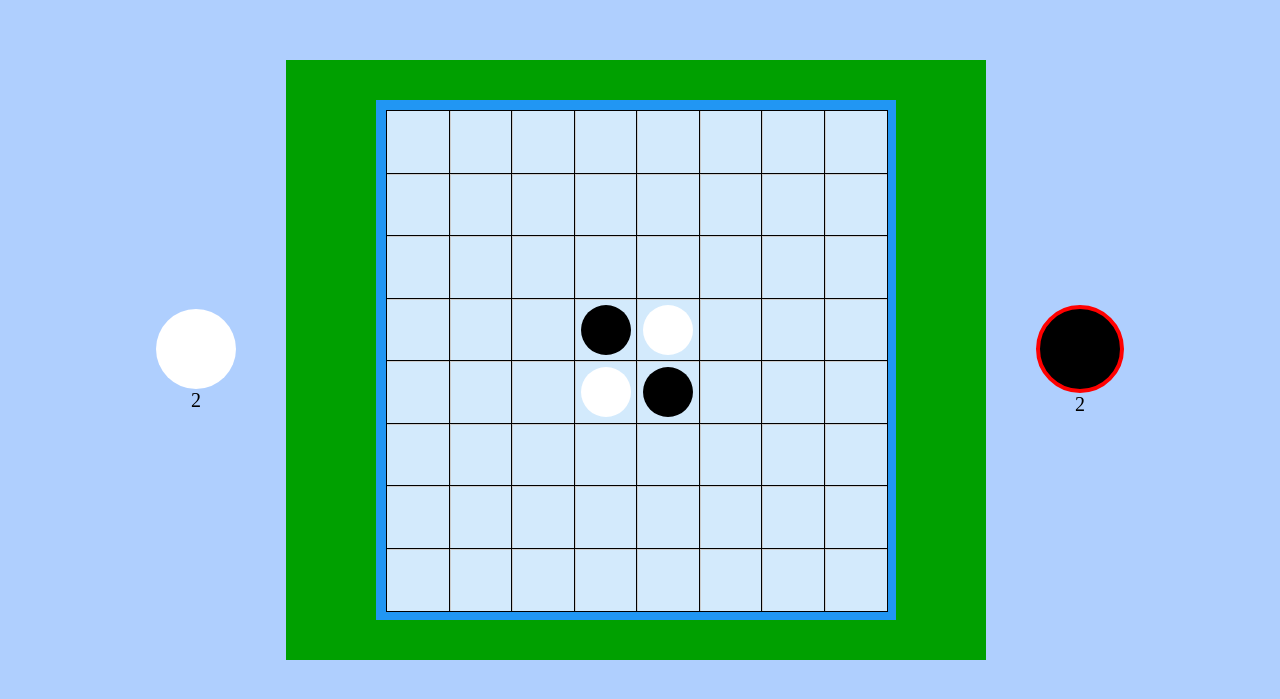
Repository: eliaoucohen72/react-reversi
Page: /
An editor plug-in stored every save of this project. The page is shown before and after the next save, followed by the edit.
The browser window is 1280 px wide. The pictures show the whole page.
The project was rebuilt for these pictures with package versions that can differ from the ones it lists, and the page was loaded fresh each time. Also part of the build but not shown: vite.config.ts.

Above is the page before, as saved 2024-09-05 16:56:27.

After the next save:
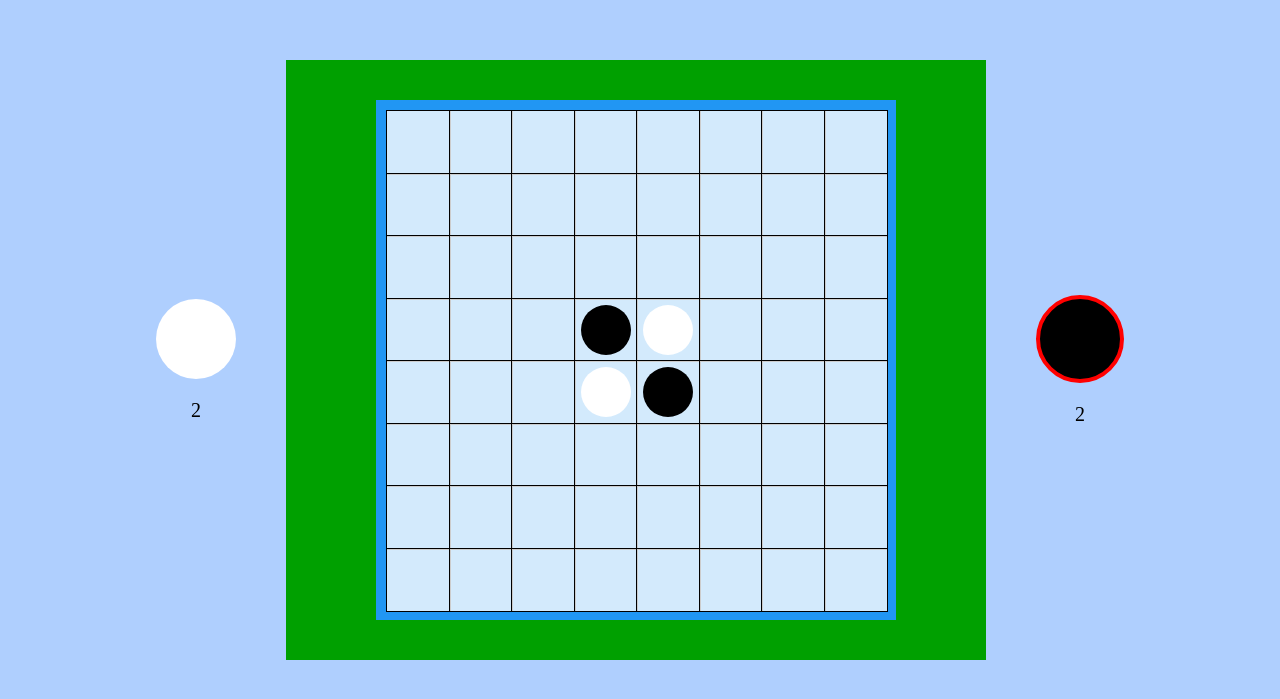
Saved 15 s later.
--- a/src/style.ts
+++ b/src/style.ts
@@ -32,6 +32,7 @@ const styles = {
     display: "flex",
     flexDirection: "column",
     alignItems: "center",
+    gap: '20px'
   },
   player: (player: Player, isCurrentPlayer: boolean) => ({
     width: "80px",
